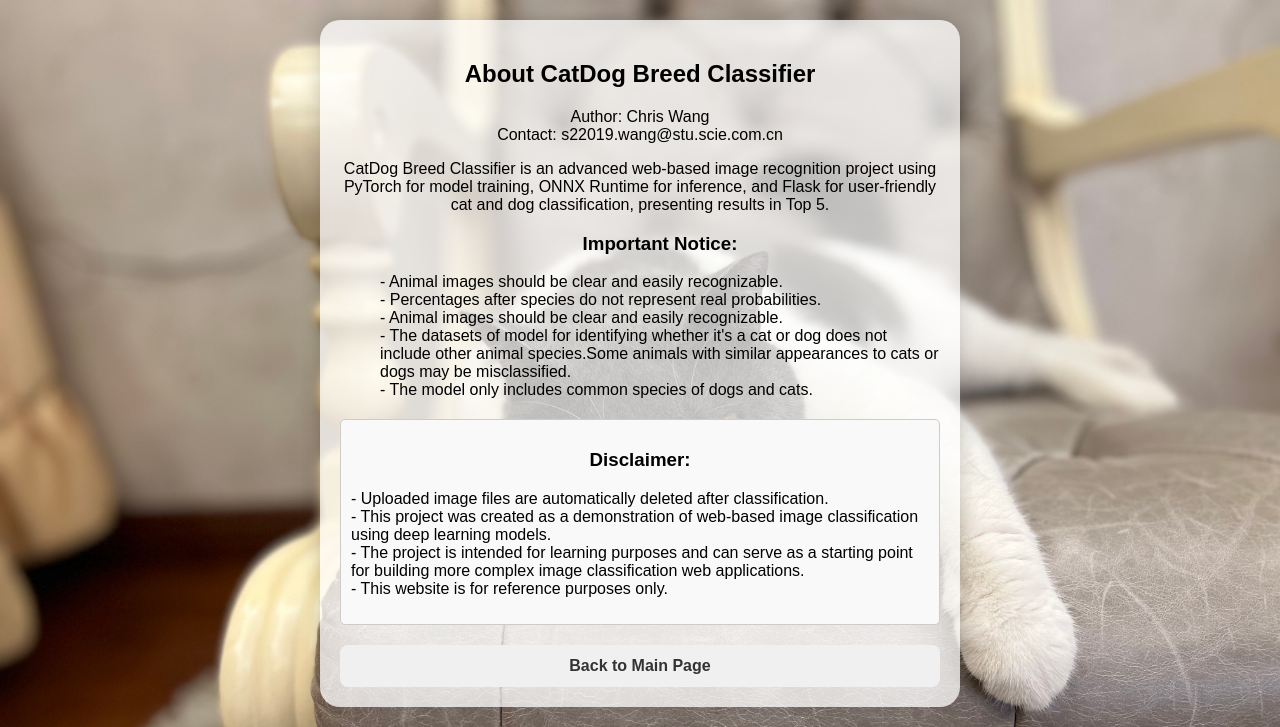
Repository: EveningStudy/CatDog_Breed_Classifier
Page: http://localhost/about
An editor plug-in stored every save of this project. The page is shown before and after the next save, followed by the edit.
The browser window is 1280 px wide. The pictures show the whole page.
Backgrounds fixed to the window are drawn as part of the page. The page is served by the project's application, run on Flask 3 (app.py). Other server files are loaded and not shown.

Above is the page before, as saved 2023-09-29 11:53:57.

### templates/about.html
<!DOCTYPE html>
<html lang="en">

<head>
    <meta charset="UTF-8">
    <meta name="viewport" content="width=device-width, initial-scale=1.0">
    <title>About CatDog Breed Classifier</title>
    <link rel="icon" href="static/logo.ico" type="image/x-icon">
    <link rel="stylesheet" href="static/style.css">
</head>

<body>
    <div class="container">
        <h2>About CatDog Breed Classifier</h2>
        <p>
            Author: Chris Wang<br>
            Contact: s22019.wang@stu.scie.com.cn
        </p>
        <p>
            CatDog Breed Classifier is an advanced web-based image recognition project using PyTorch for model training,
            ONNX Runtime for inference, and Flask
            for user-friendly cat and dog classification, presenting results in Top 5.
        </p>
        <ol class="important-notice">
            <h3>Important Notice: </h3>
            <p>
                - Animal images should be clear and easily recognizable.<br>
                - Percentages after species do not represent real probabilities.<br>
                - Animal images should be clear and easily recognizable.<br>
                - The datasets of model for identifying whether it's a cat or dog does not include other animal
                species.Some animals with similar appearances to cats or dogs may be misclassified.<br>
                - The model only includes common species of dogs and cats.<br>
            </p>
        </ol>
        <p></p>

        <div class="disclaimer">
            <h3>Disclaimer:</h3>
            <p>
                - Uploaded image files are automatically deleted after classification.<br>
                - This project was created as a demonstration of web-based image classification using deep learning
                models. <br>
                - The project is intended for learning purposes and can serve as a starting point for building more
                complex image classification web applications. <br>
                - This website is for reference purposes only. <br>
            </p>
        </div>
        <a href="/" class="button">Back to Main Page</a>
    </div>
</body>

</html>

### app.py
from flask import Flask, render_template, request, redirect, url_for, flash, session
from werkzeug.utils import secure_filename
from utils import classification_main_onnxruntime
import uuid
import os

def delete_old_images(upload_folder, num_to_delete):
    images = os.listdir(upload_folder)
    images.sort(key=lambda x: os.path.getmtime(os.path.join(upload_folder, x)))
    for i in range(num_to_delete):
        file_to_delete = os.path.join(upload_folder, images[i])
        try:
            os.remove(file_to_delete)
        except Exception as e:
            print(f'Error deleting file: {str(e)}')

def generate_secret_key():
    return os.urandom(24)

current_directory = os.path.dirname(os.path.abspath(__file__))
static_folder = os.path.join(current_directory, "static")

app = Flask(__name__,static_folder="static",template_folder="templates")
app.secret_key = generate_secret_key()
app.config['UPLOAD_FOLDER'] = os.path.join(current_directory, "static/uploads")

ALLOWED_EXTENSIONS = {'png', 'jpg', 'jpeg', 'bmp'}

# if not os.path.exists(os.path.join(current_directory, "uploads")):
    # os.makedirs(os.path.join(current_directory, "uploads"))
if not os.path.exists(os.path.join(current_directory, "static", "uploads")):
    os.makedirs(os.path.join(current_directory, "static", "uploads"))


uploaded_images = os.listdir(app.config['UPLOAD_FOLDER'])
if len(uploaded_images) > 2:

    delete_old_images(app.config['UPLOAD_FOLDER'], len(uploaded_images) - 5)

def allowed_file(filename):
    return '.' in filename and filename.rsplit('.', 1)[1].lower() in ALLOWED_EXTENSIONS

@app.route('/', methods=['GET', 'POST'])
def index():
    if 'user_id' not in session:
        session['user_id'] = str(uuid.uuid4())

    if request.method == 'POST':
        if 'file' not in request.files:
            flash('No file part', 'error')
            return redirect(request.url)
        file = request.files['file']
        if file.filename == '':
            flash('No selected file', 'error')
            return redirect(request.url)
        if file and allowed_file(file.filename):
            filename = secure_filename(file.filename)
            # file_path = os.path.join(current_directory, "uploads", filename)
            image_path = os.path.join(current_directory, "static", "uploads", filename)
            file.save(image_path)
            # file.save(image_path)
            preds, output = classification_main_onnxruntime.cat_and_dog_classification(image_path)
            if preds[0] < 0.985:
                result = "The image is neither a dog nor a cat."
            elif output:
                preds_dog = classification_main_onnxruntime.dog_classification(image_path)
                result = format_results(preds_dog, "Dog")
            elif output == 0:
                preds_cat = classification_main_onnxruntime.cat_classification(image_path)
                result = format_results(preds_cat, "Cat")
            image_path = os.path.join("uploads", filename)
            image_path = image_path.replace("\\", "/")
            session['result'] = result
            session['image_path'] = image_path
            return redirect(url_for('results'))
        else:
            flash('Invalid file type', 'error')
            return redirect(request.url)
    return render_template('index.html')

@app.route('/results')
def results():
    return render_template('results.html', result=session.get('result', None), image_path=session.get('image_path', None))

@app.route('/about')
def about():
    return render_template('about.html')

@app.route('/clear', methods=['GET', 'POST'])
def clear():
    if request.method == 'POST':
        session.pop('result', None)
        session.pop('image_path', None)
        return redirect('/')

    return "Page cleared successfully"

def format_results(predictions, category):
    result_text = f"{category} (Top 5 Results):<br>"
    for i, (class_name, prob) in enumerate(predictions[:5], start=1):
        result_text += f"{i}. {class_name}: {prob * 100:.2f}%<br>"
    return result_text

if __name__ == '__main__':
    app.run(debug=True)

### static/style.css
body {
    background-image: url('111.jpg');
    background-size: cover;
    background-position: center;
    background-attachment: fixed;
    margin: 0;
    padding: 0;
    font-family: Arial, sans-serif;
    display: flex;
    flex-direction: column;
    min-height: 100vh;
}

.container {
    text-align: center;
    padding: 20px;
    background-color: rgba(255, 255, 255, 0.73);
    border-radius: 20px;
    margin: 20px auto;
    max-width: 600px;
    box-shadow: 0px 0px 20px rgba(0, 0, 0, 0.2);
}

h1 {
    margin-top: 20px;
    color: #333;
    font-size: 28px;
}

form {
    margin-top: 20px;
}

input[type="file"] {
    margin-right: 10px;
}

.upload-button {
    margin-top: 20px;
    background-color: #4CAF50;
    color: white;
    border: none;
    padding: 16px 32px;
    border-radius: 8px;
    font-size: 18px;
    cursor: pointer;
}

.upload-button:hover {
    background-color: #45a049;
}

.button {
    display: block;
    margin-top: 20px;
    text-decoration: none;
    color: #333;
    background-color: #f0f0f0;
    padding: 12px 24px;
    border-radius: 8px;
    font-weight: bold;
    font-size: 16px;
    transition: background-color 0.3s;
}

.button:hover {
    background-color: #ddd;
}

.clear-button {
    background-color: #FF5733;
    color: white;
    border: none;
    padding: 16px 32px;
    border-radius: 8px;
    font-size: 18px;
    cursor: pointer;
}

.clear-button:hover {
    background-color: #ff4833;
}

.footer {
    background-color: rgba(255, 255, 255, 0.73);
    text-align: center;
    font-size: 14px;
    position: fixed;
    bottom: 0;
    left: 0;
    width: 100%;
    text-align: center;
    padding: 10px 0;
}

.button.about-button {
    position: fixed;
    margin-top: 0;
    bottom: 0;
    left: 0;
    width: 100%;
    background-color: #222;
    color: white;
    padding: 16px 32px;
    border-radius: 8px;
    font-size: 16px;
    text-align: center;
    z-index: 999;
}

.button.about-button:hover {
    background-color: #111;
}

img {
    max-width: 100%;
    height: auto;
}

.disclaimer {
    margin-top: 20px;
    background-color: #f9f9f9;
    padding: 10px;
    border: 1px solid #ccc;
    border-radius: 5px;
    text-align: left;
}

.important-notice {
    text-align: left;
}

.disclaimer h3,
.important-notice h3 {
    text-align: center;
}

After the next save:
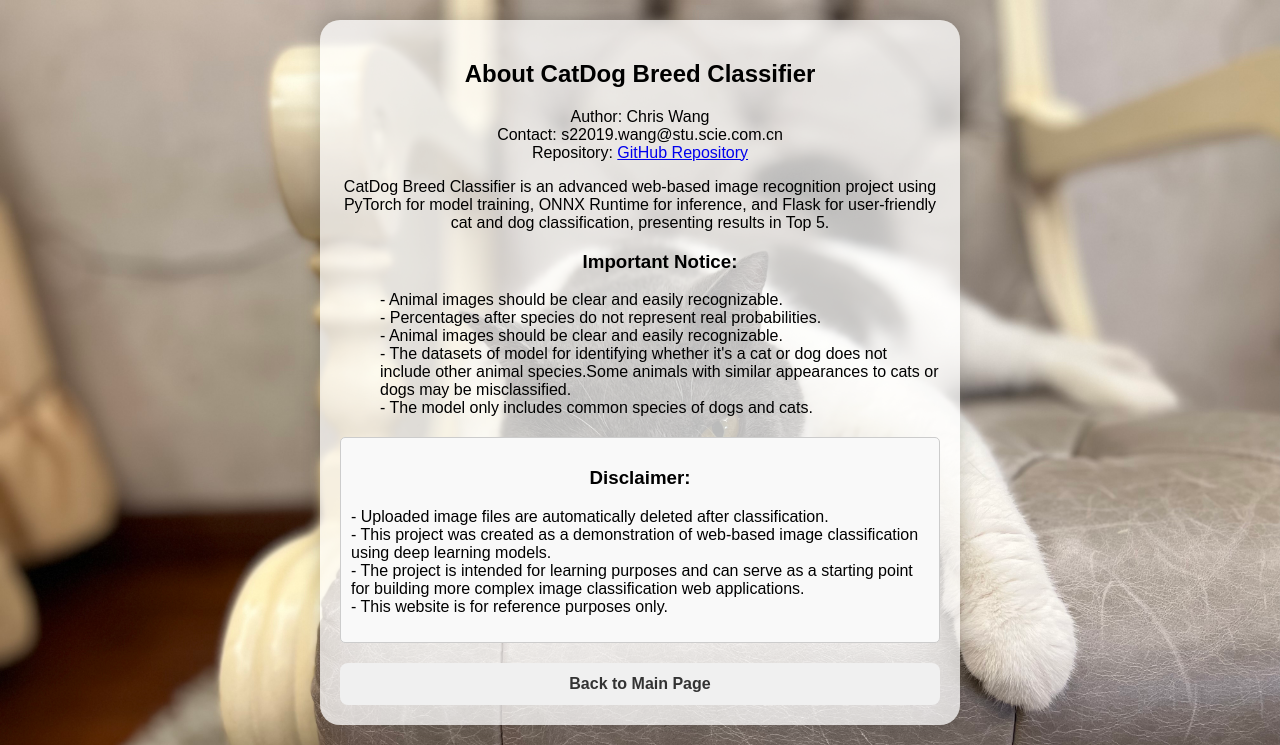
Saved 6 min 29 s later.
--- a/templates/about.html
+++ b/templates/about.html
@@ -7,6 +7,15 @@
     <title>About CatDog Breed Classifier</title>
     <link rel="icon" href="static/logo.ico" type="image/x-icon">
     <link rel="stylesheet" href="static/style.css">
+    <style>
+        .disclaimer {
+            margin-top: 20px;
+            background-color: #f9f9f9;
+            padding: 10px;
+            border: 1px solid #ccc;
+            border-radius: 5px;
+        }
+    </style>
 </head>
 
 <body>
@@ -14,7 +23,8 @@
         <h2>About CatDog Breed Classifier</h2>
         <p>
             Author: Chris Wang<br>
-            Contact: s22019.wang@stu.scie.com.cn
+            Contact: s22019.wang@stu.scie.com.cn<br>
+            Repository: <a href="https://github.com/EveningStudy/CatDog_Breed_Classifier">GitHub Repository</a>
         </p>
         <p>
             CatDog Breed Classifier is an advanced web-based image recognition project using PyTorch for model training,
